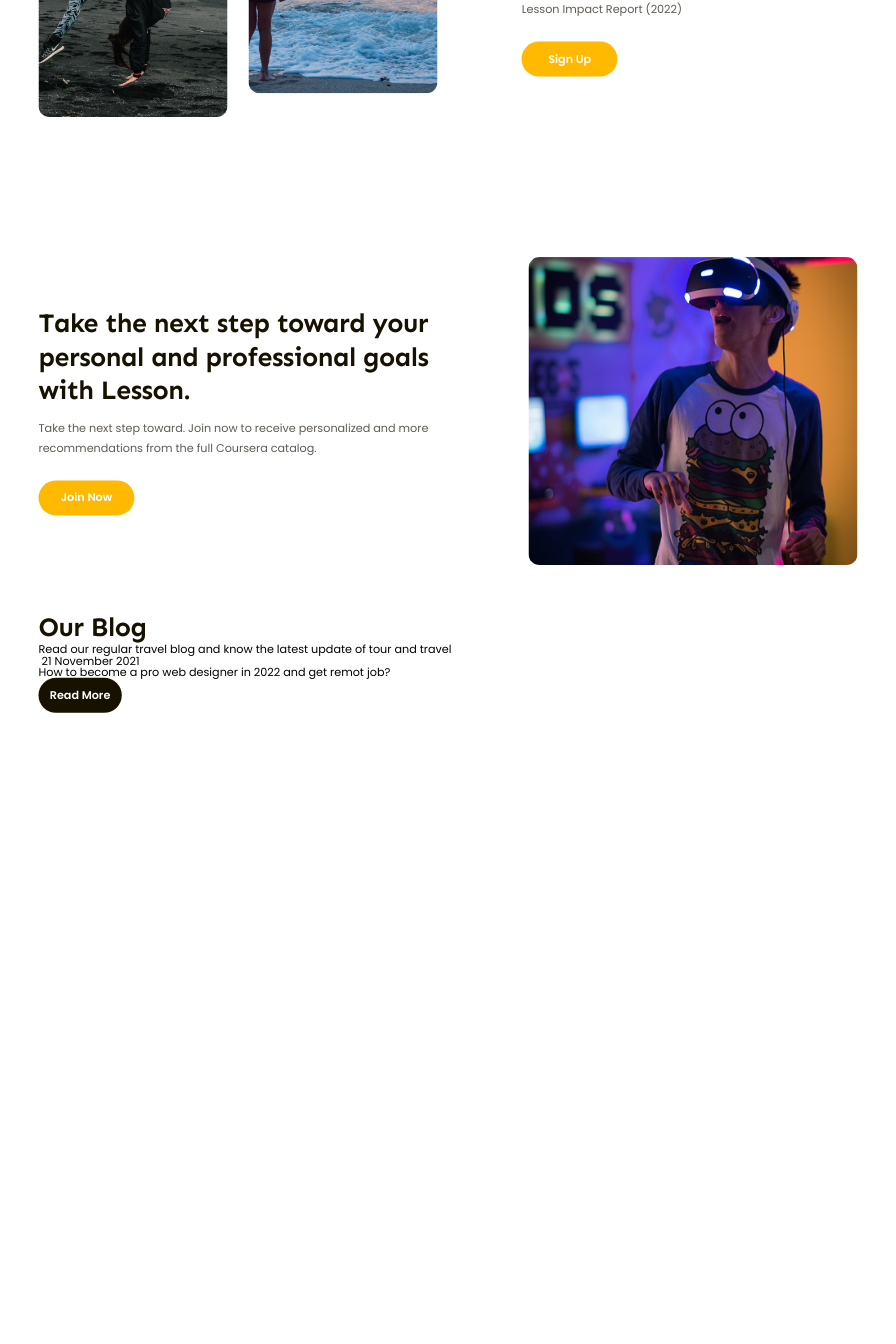
Repository: ynguyen1512/htmlcss-project-02
Page: index.html
The author's editor kept a copy of each file at every save. The page is drawn from the files as they stood at one save, then again after the next save.
The browser window is 1280 px wide. The pictures show the part of the page from y = 2796 to 4716 px (the page is 5000 px tall), at 70% of full size.
A picture or video elsewhere on the page could not be fetched, so the positions and the page height are approximate.

Above is the page before, as saved 2023-03-08 23:53:18.

After the next save:
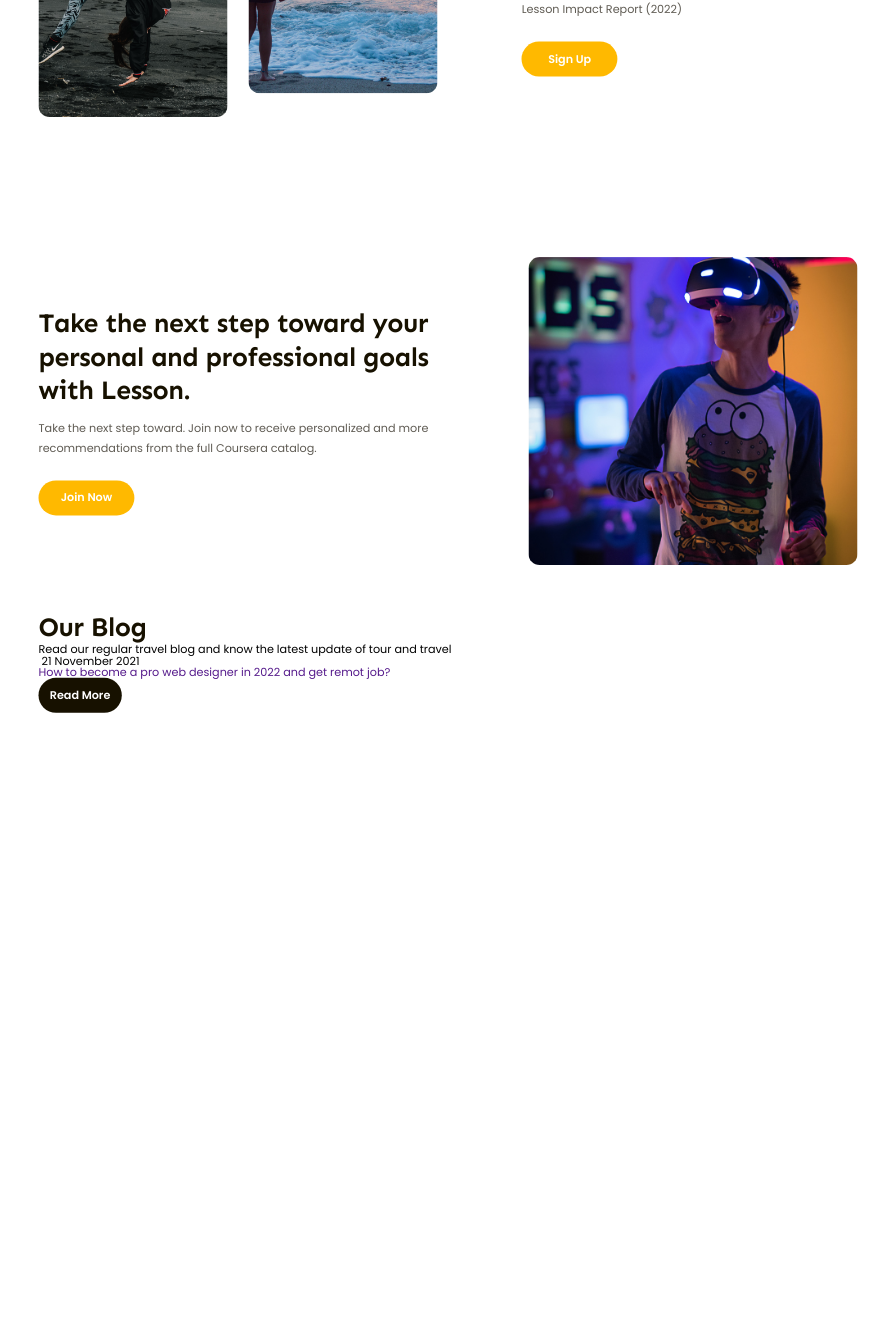
Saved 78 s later.
--- a/index.html
+++ b/index.html
@@ -413,7 +413,9 @@
                     <div class="item">
                         <img src="" alt="" class="thumb">
                         <span class="date">21 November 2021</span>
-                        <h3 class="title">How to become a pro web designer in 2022 and get remot job?</h3>
+                        <h3 class="title">
+                            <a href="">How to become a pro web designer in 2022 and get remot job?</a>
+                        </h3>
                         <a href="" class="btn">Read More</a>
                     </div>
                 </div>
